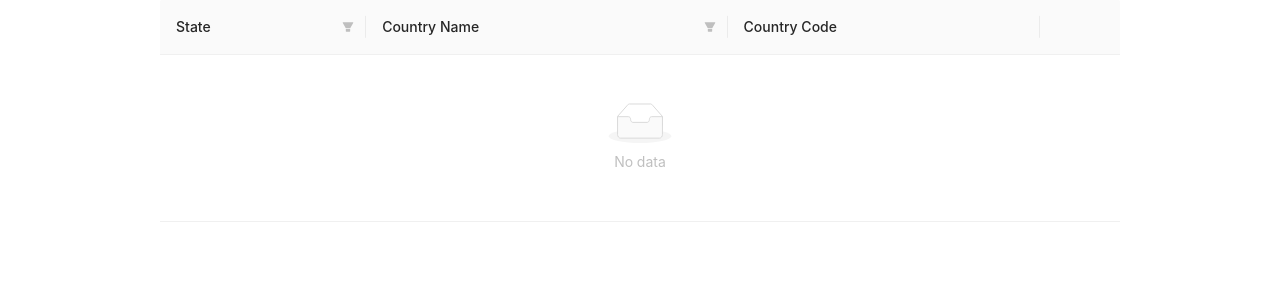
Repository: MohamedMedhat96/jumia-phone-directory-task
Page: / (app in jumia-task-frontend/)
The author's editor kept a copy of each file at every save. The page is drawn from the files as they stood at one save, then again after the next save.
The browser window is 1280 px wide. The pictures show the whole page.
The project was rebuilt for these pictures with package versions that can differ from the ones it lists, and the page was loaded fresh each time.

Above is the page before, as saved 2021-10-15 13:47:22.

### jumia-task-frontend/src/App.js
import { Table } from "antd";
import Search from "antd/lib/input/Search";
import "antd/dist/antd.css";

function App() {
  const stateSearch = () => {
    return <div>
      <Search
        placeholder="search"
        onChange={e => console.log(e.target.value)}
        onPressEnter={console.log("search")}>
      </Search> </div>
  }
  const columns = [
    { title: "State", dataIndex: "state", key: "state", filterDropdown: stateSearch },
    { title: "Country Name", dataIndex: "countryName", key: "countryName", filterDropdown: stateSearch },
    { title: "Country Code", dataIndex: "countryCode", key: "countryCode" },
    { title: "" }
  ]
  return (
    <Table columns={columns} style={{ width: '75%', height: '100%', display: 'block', marginLeft: 'auto', marginRight: 'auto' }}>
    </Table >
  );
}

export default App;

Loaded but not shown: jumia-task-frontend/public/index.html (common file); jumia-task-frontend/src/index.js (common file); jumia-task-frontend/src/index.css (common file)

After the next save:
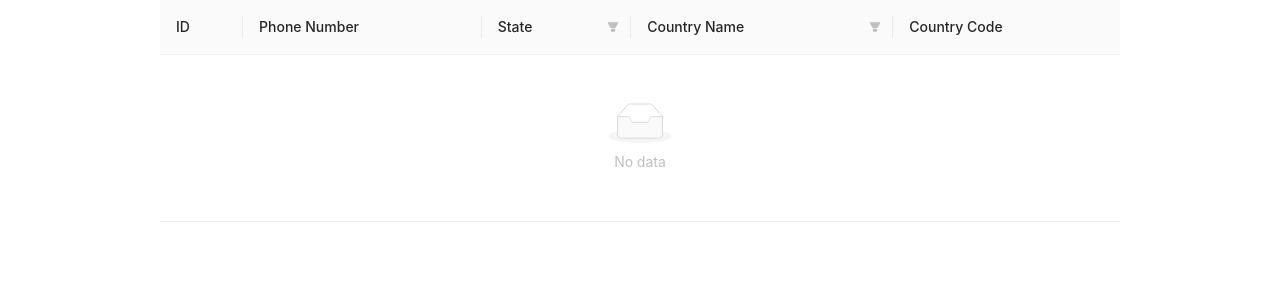
Saved 65 s later.
--- a/jumia-task-frontend/src/App.js
+++ b/jumia-task-frontend/src/App.js
@@ -12,10 +12,11 @@ function App() {
       </Search> </div>
   }
   const columns = [
+    { title: "ID", dataIndex: "id", key: "id" },
+    { title: "Phone Number", dataIndex: "phoneNumber", key: "phoneNumber" },
     { title: "State", dataIndex: "state", key: "state", filterDropdown: stateSearch },
     { title: "Country Name", dataIndex: "countryName", key: "countryName", filterDropdown: stateSearch },
-    { title: "Country Code", dataIndex: "countryCode", key: "countryCode" },
-    { title: "" }
+    { title: "Country Code", dataIndex: "countryCode", key: "countryCode" }
   ]
   return (
     <Table columns={columns} style={{ width: '75%', height: '100%', display: 'block', marginLeft: 'auto', marginRight: 'auto' }}>
